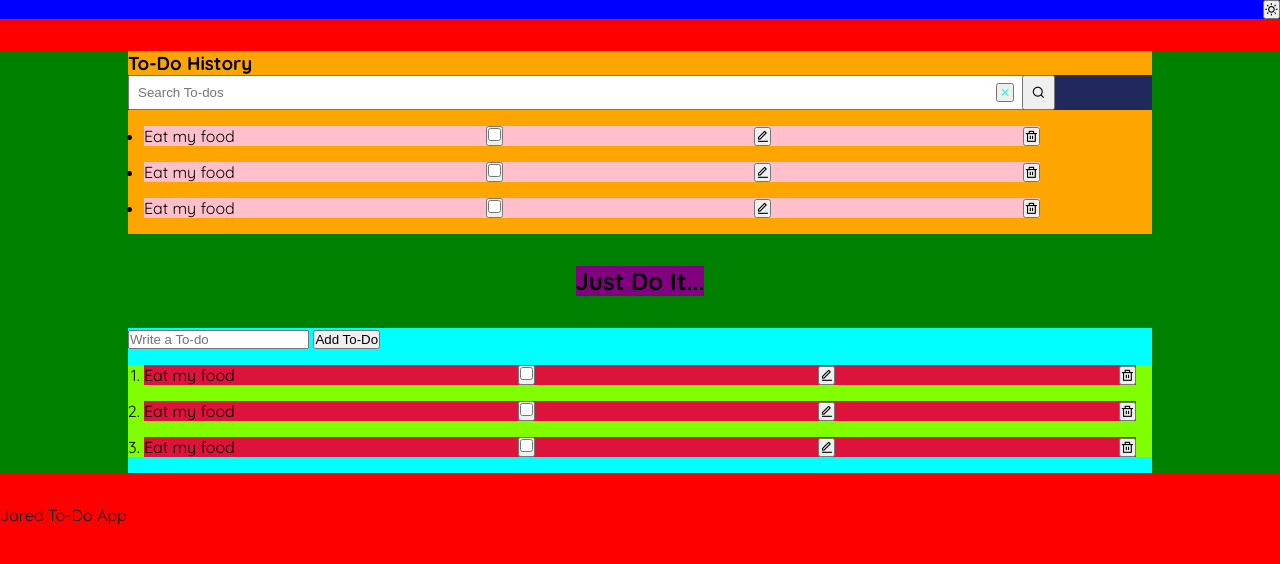
Repository: EguJaredoBoyd/Jared-ToDo-App
Page: main.html
An editor plug-in stored every save of this project. The page is shown before and after the next save, followed by the edit.
The browser window is 1280 px wide. The pictures show the whole page.
Some web libraries are served in a nearby version.

Above is the page before, as saved 2025-12-23 21:29:55.
Not found: js/to-do.j

After the next save:
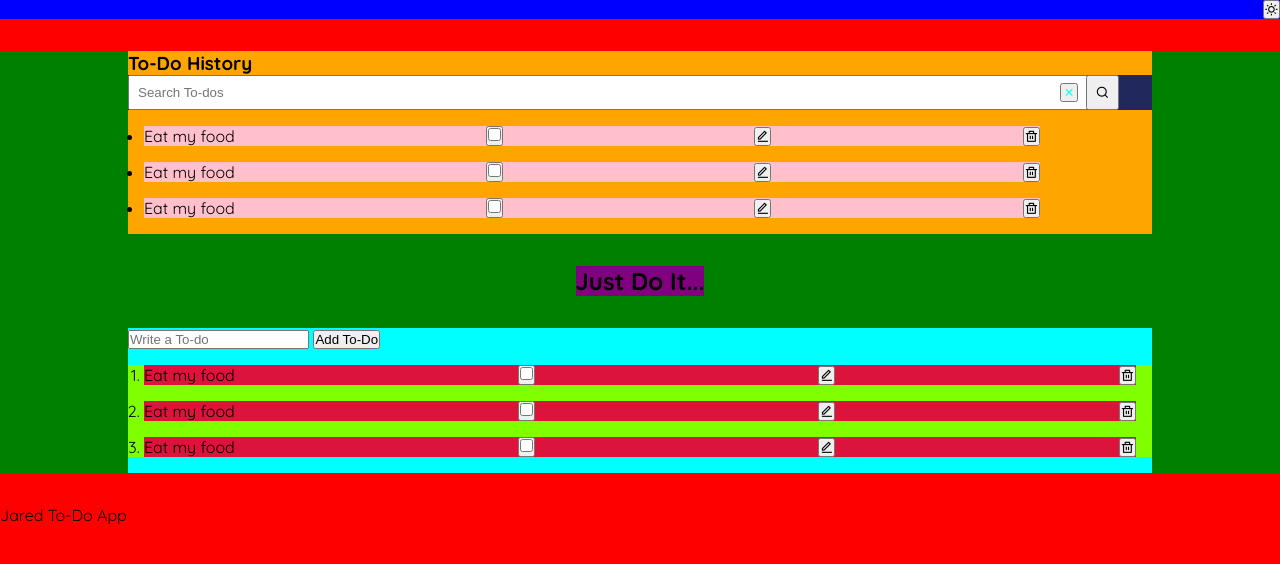
Saved 4 s later.
--- a/css/main.css
+++ b/css/main.css
@@ -59,7 +59,7 @@ main {
 }
 
 .todo-history__icon div input {
-  width: 70vw;
+  width: 75vw;
   padding: 0.5rem;
 }
 
